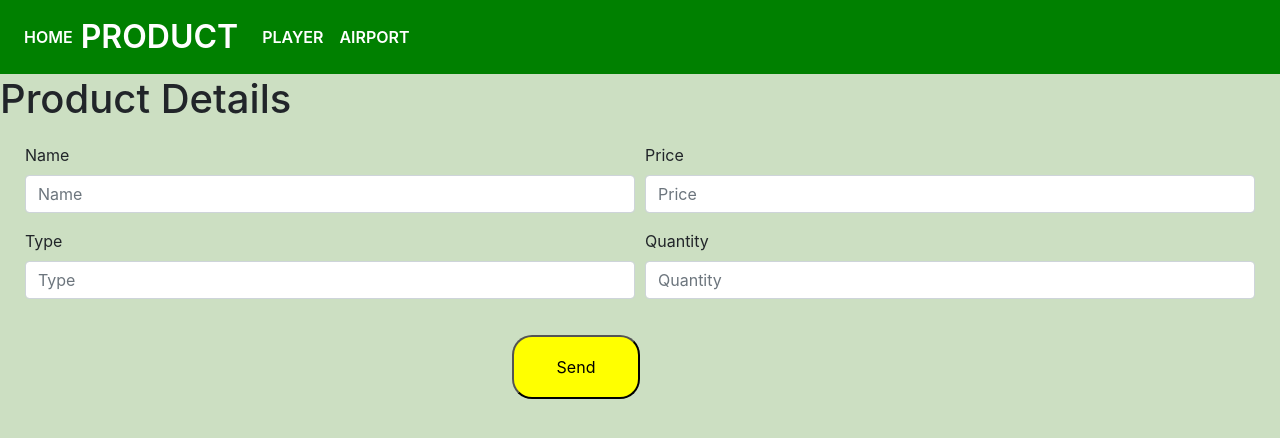
Repository: 05Mohammedismail/xworkz--Advance-Java
Page: http://localhost/Sep13_JSP/product.jsp
An editor plug-in stored every save of this project. The page is shown before and after the next save, followed by the edit.
The browser window is 1280 px wide. The pictures show the whole page.
The page is served by Tomcat 9.

Above is the page before, as saved 2023-09-13 15:43:52.

After the next save:
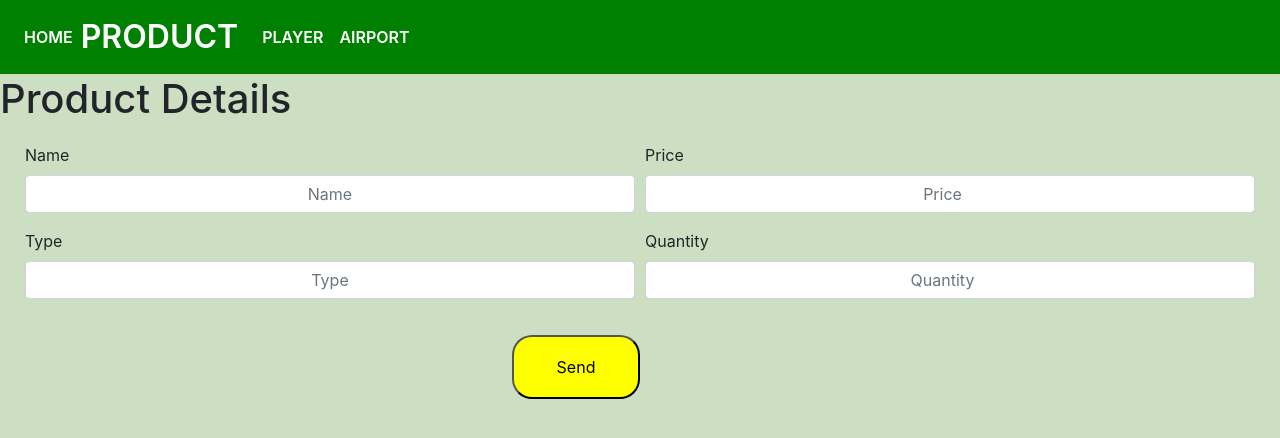
Saved 15 s later.
--- a/Sep13_JSP/src/main/webapp/product.jsp
+++ b/Sep13_JSP/src/main/webapp/product.jsp
@@ -41,7 +41,7 @@ background-color: yellow;
 color: black;
 }
 
-.label{
+.form-control{
 text-align: center;
 }
 
